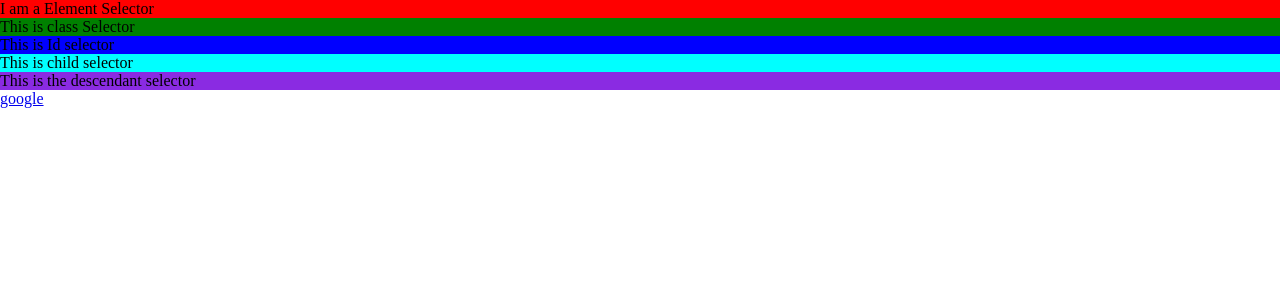
Repository: diensy/Web_dev
Page: first.css/selector.html
These files come from the project's save history. The page is drawn as it stood at one moment and after the next save; the edit follows.
The browser window is 1280 px wide. The pictures show the whole page.

Above is the page before, as saved 2024-05-22 20:27:48.

After the next save:
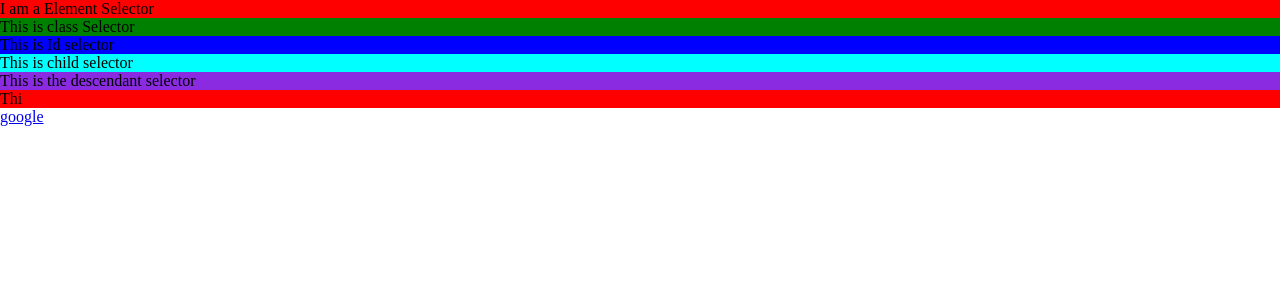
Saved 4 s later.
--- a/first.css/selector.html
+++ b/first.css/selector.html
@@ -53,7 +53,7 @@
       </article>
     </div>
       <div>
-
+        Thi
       </div>
     <a href="https://www.google.com">google</a>
   </body>
